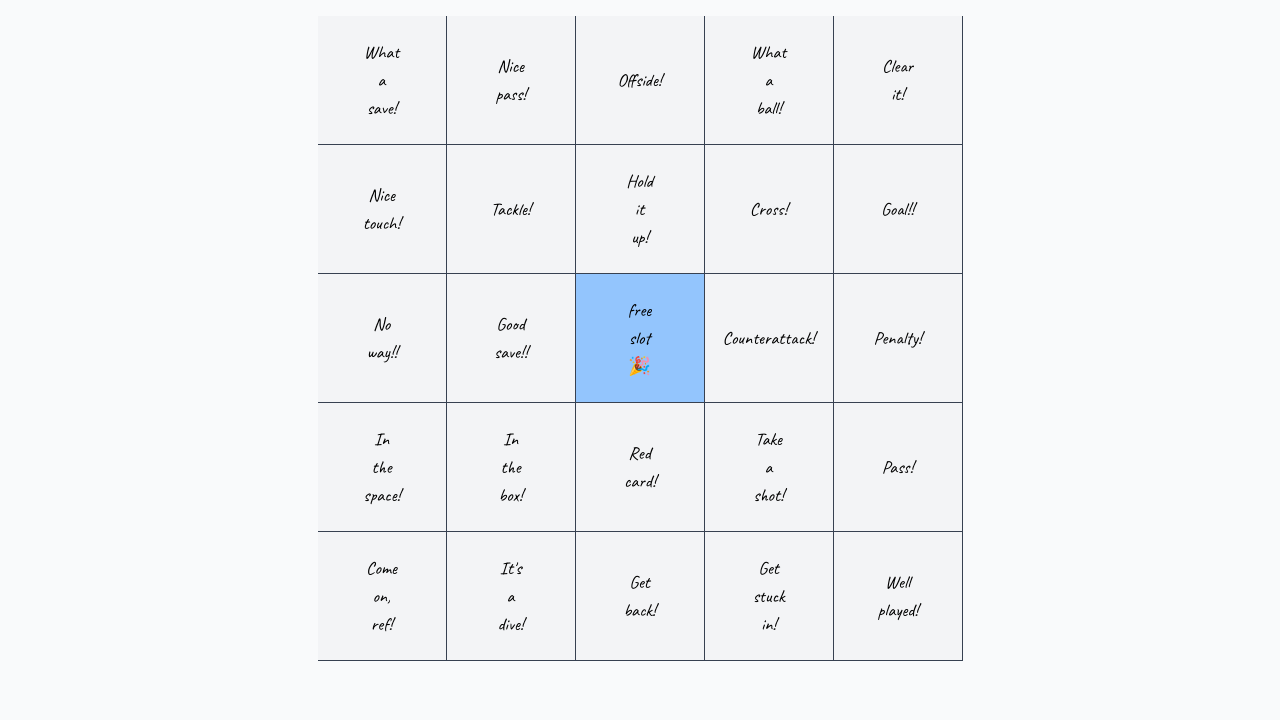
Repository: yassirbn/football-bingo
Page: /
These files come from the project's save history. The page is drawn as it stood at one moment and after the next save; the edit follows.
The browser window is 1280 px wide. The pictures show the whole page.
The project was rebuilt for these pictures with package versions that can differ from the ones it lists, and the page was loaded fresh each time.

Above is the page before, as saved 2024-11-27 13:12:58.

### src/index.css

@import url('https://fonts.googleapis.com/css2?family=Caveat:wght@400;700&display=swap');

@tailwind base;
@tailwind components;
@tailwind utilities;


body {
  margin: 0;
  padding: 0;
  height: 100vh;
  background: #4CAF50; /* Grass green base */
  background-image:
    /* Center line */
    linear-gradient(90deg, white 2px, transparent 2px),
    /* Horizontal lines */
    linear-gradient(to bottom, white 2px, transparent 48px),

    /* Center circle */
    radial-gradient(circle, transparent 45%, white 45%, white 46%, transparent 46%);
  background-size: 100% 50px, 100% 50px, 100% 100%, 100% 100%;
  background-repeat: no-repeat, repeat-y, no-repeat, no-repeat;
  background-position: center center, 0 0, 0 0, center center;
}

### src/App.js
import React from "react";
import BingoGrid from "./component/BingoGrid/BingoGrid";


const App = () => {
  const words  = [
    "What a save!",
    "Offside!",
    "Penalty!",
    "Pass!",
    "It's a dive!",
    "Red card!",
    "Goal!!",
    "Foul!",
    "Clear it!",
    "Nice touch!",
    "Tackle!",
    "Cross!",
    "Counterattack!",
    "Come on, ref!",
    "In the box!",
    "No way!!",
    "Good save!!",
    "What a ball!",
    "Hold it up!",
    "Get stuck in!",
    "Get back!",
    "Nice pass!",
    "In the space!",
    "Well played!",
    "Take a shot!",
  ];


  return (
    <div className="min-h-screen bg-gray-50 flex items-center justify-center">
      <BingoGrid words={words} />
    </div>
  );
};

export default App;

### src/component/BingoGrid/BingoGrid.js
import React, { useState } from "react";

const BingoGrid = ({ words }) => {
  const gridSize = 5; // 5x5 grid
  const totalCells = gridSize * gridSize;

  // Shuffle words only once and store in state
  const initializeGrid = () => {
    const shuffledWords = [...words].sort(() => 0.5 - Math.random()).slice(0, totalCells);

    // Fill with placeholders if not enough words
    while (shuffledWords.length < totalCells) {
      shuffledWords.push("placeholder");
    }

    // Replace the center cell with "FREE SPACE"
    const centerIndex = Math.floor(totalCells / 2);
    shuffledWords[centerIndex] = "free slot 🎉";

    return shuffledWords;
  };

  const [gridWords] = useState(initializeGrid);
  const [selectedCells, setSelectedCells] = useState(
    Array(totalCells).fill(false).map((_, i) => i === Math.floor(totalCells / 2)) // Center (FREE SPACE) is pre-selected
  );
  const [bingo, setBingo] = useState(false);

  // Handle cell click
  const handleCellClick = (index) => {
    if (gridWords[index] === "free slot 🎉" || selectedCells[index]) return; // Ignore clicks on FREE SPACE or already selected cells

    const updatedSelection = [...selectedCells];
    updatedSelection[index] = true;
    setSelectedCells(updatedSelection);

    // Check for Bingo
    checkForBingo(updatedSelection);
  };

  // Check for Bingo
  const checkForBingo = (selected) => {
    const checkLine = (line) => line.every((index) => selected[index]);

    // Generate all rows, columns, and diagonals
    const rows = Array.from({ length: gridSize }, (_, i) =>
      Array.from({ length: gridSize }, (_, j) => i * gridSize + j)
    );
    const cols = Array.from({ length: gridSize }, (_, i) =>
      Array.from({ length: gridSize }, (_, j) => j * gridSize + i)
    );
    const diagonal1 = Array.from({ length: gridSize }, (_, i) => i * gridSize + i);
    const diagonal2 = Array.from({ length: gridSize }, (_, i) => (i + 1) * gridSize - (i + 1));

    const lines = [...rows, ...cols, diagonal1, diagonal2];

    if (lines.some(checkLine)) {
      setBingo(true); // Set Bingo to true to trigger animations
    }
  };

  return (
    <div className="p-4 relative h-screen overflow-hidden">
      {/* Fireworks Animation */}
      {bingo && (
        <div className="absolute inset-0 z-20 flex justify-center items-center pointer-events-none">
          {/* Firework Particles */}
          {Array.from({ length: 300 }).map((_, idx) => (
            <div
              key={idx}
              className="fireworks-particle w-4 h-4 rounded-full absolute animate-fireworks"
              style={{
                "--x": `${Math.random() * 120 - 60}vw`, // Expanded X direction
                "--y": `${Math.random() * 120 - 60}vh`, // Expanded Y direction
                "--size": `${Math.random() * 10 + 5}px`, // Random size (larger particles)
                "--duration": `${Math.random() * 2 + 1.5}s`, // Increased duration for longer explosion
                "--delay": `${Math.random() * 0.5}s`, // Random delay
                backgroundColor: `hsl(${Math.random() * 360}, 100%, 50%)`, // Random color (HSL)
                transform: `rotate(${Math.random() * 360}deg)` // Random rotation for more chaos
              }}
            ></div>
          ))}
        </div>
      )}

      {/* Bingo Text Animation */}
      {bingo && (
        <div className="absolute inset-0 flex items-center justify-center z-10 animate-bingo-fade">
          <h2 className="text-7xl sm:text-8xl md:text-9xl lg:text-10xl font-extrabold text-red-600 animate-bingo-shake">
            BINGO!
          </h2>
        </div>
      )}

      {/* Bingo Grid */}
      <div
        className="grid"
        style={{
          gridTemplateColumns: `repeat(${gridSize}, 1fr)`,
        }}
      >
        {gridWords.map((word, index) => (
          <div
            key={index}
            className={`flex items-center justify-center border-b border-r border-gray-700 text-center font-medium aspect-square
              ${selectedCells[index] ? "bg-blue-300 text-white" : "bg-gray-100 hover:bg-blue-200 cursor-pointer"}
              ${word === "FREE SPACE" ? "cursor-default" : ""}`}
            onClick={() => handleCellClick(index)}
          >
            <div
              className={`${
                selectedCells[index] ? "bg-blue-300 text-white" : "bg-transparent"
              } flex items-center justify-center py-3 px-6 sm:py-4 sm:px-8 md:py-6 md:px-12 lg:py-8 lg:px-16`}
              style={{
                width: "50px", // Adjusted for mobile/tablet responsiveness
                height: "50px", // Adjusted for mobile/tablet responsiveness
                minWidth: "50px", // Ensures the circle doesn't shrink smaller than this
              }}
            >
              <span
                className="text-xs sm:text-sm md:text-base lg:text-lg font-medium text-black font-handwritten"
              >
                {word}
              </span>
            </div>
          </div>
        ))}
      </div>
    </div>
  );
};

export default BingoGrid;

### tailwind.config.js
/** @type {import('tailwindcss').Config} */
module.exports = {
  content: ['./src/**/*.{js,jsx,ts,tsx}'],
  theme: {
    extend: {
      fontFamily: {
        handwritten: ["'Caveat'", "cursive"],
      },
      animation: {
        fireworks: "fireworks 1.5s ease-out forwards",
        "bingo-fade": "bingo-fade 2s ease-out forwards",
        "bingo-shake": "bingo-shake 0.5s ease-in-out infinite",
      },
      keyframes: {
        fireworks: {
          "0%": {
            transform: "scale(0) translate(0, 0)",
            opacity: 1,
          },
          "50%": {
            transform: "scale(1) translate(var(--x), var(--y))",
            opacity: 1,
          },
          "100%": {
            transform: "scale(2) translate(var(--x), var(--y))",
            opacity: 0,
          },
        },
        "bingo-fade": {
          "0%": { opacity: 0 },
          "100%": { opacity: 1 },
        },
        "bingo-shake": {
          "0%": { transform: "rotate(0)" },
          "25%": { transform: "rotate(5deg)" },
          "50%": { transform: "rotate(0)" },
          "75%": { transform: "rotate(-5deg)" },
          "100%": { transform: "rotate(0)" },
        },
      },
    },
  },
  plugins: [],
}

Loaded but not shown: public/index.html (common file); src/index.js (common file); src/reportWebVitals.js (common file)

After the next save:
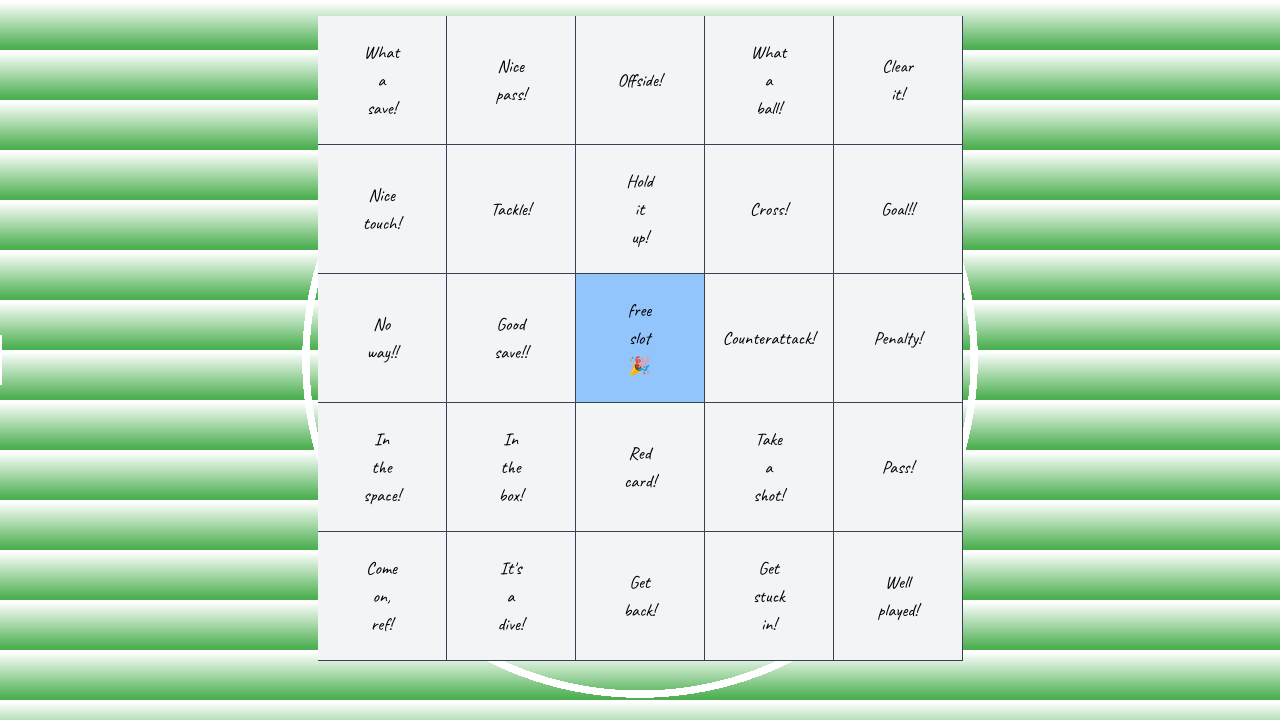
Saved 16 s later.
--- a/src/App.js
+++ b/src/App.js
@@ -33,7 +33,7 @@ const App = () => {
 
 
   return (
-    <div className="min-h-screen bg-gray-50 flex items-center justify-center">
+    <div className="min-h-screen flex items-center justify-center">
       <BingoGrid words={words} />
     </div>
   );
